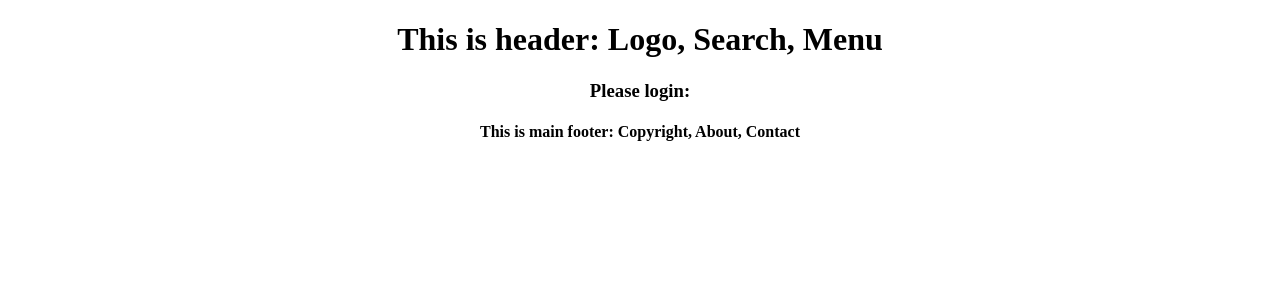
Repository: JadeWensyl/BookStoreProject
Page: http://localhost/BookStoreWebsite/frontend/login.jsp
These files come from the project's save history. The page is drawn as it stood at one moment and after the next save; the edit follows.
The browser window is 1280 px wide. The pictures show the whole page.
The page is served by Tomcat 9. Other server files are loaded and not shown.

Above is the page before, as saved 2020-01-03 05:08:58.

### BookStoreWebsite/WebContent/frontend/login.jsp
<%@ page language="java" contentType="text/html; charset=ISO-8859-1"
    pageEncoding="ISO-8859-1"%>
<!DOCTYPE html>
<html>
<head>
<meta charset="ISO-8859-1">
<title>Login</title>
</head>
<body>
	<div align="center">
		<h1>This is header: Logo, Search, Menu</h1>
	</div>

	<div align="center">
		<h3>Please login:</h3>

	</div>

	<div align="center">
		<h4>This is main footer: Copyright, About, Contact</h4>
	</div>
</body>
</html>

After the next save:
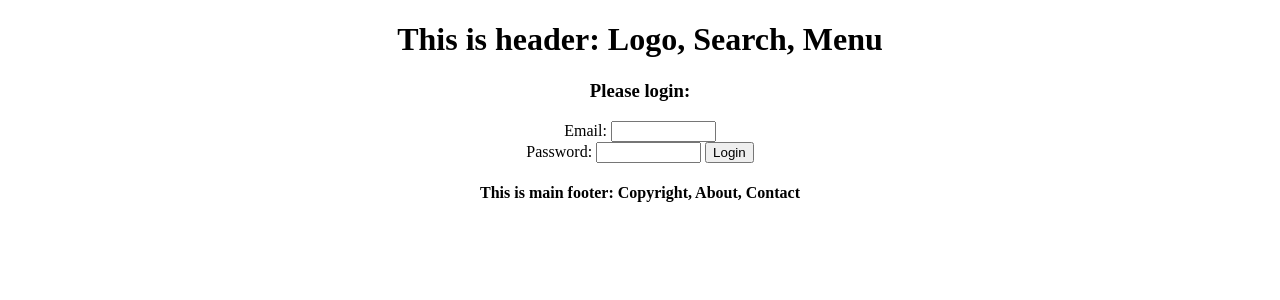
Saved 91 s later.
--- a/BookStoreWebsite/WebContent/frontend/login.jsp
+++ b/BookStoreWebsite/WebContent/frontend/login.jsp
@@ -13,6 +13,11 @@
 
 	<div align="center">
 		<h3>Please login:</h3>
+		<form>
+			Email: <input type="text" size="10"><br/>
+			Password: <input type="password" size="10">
+			<input type="submit" value="Login">
+		</form>
 
 	</div>
 
